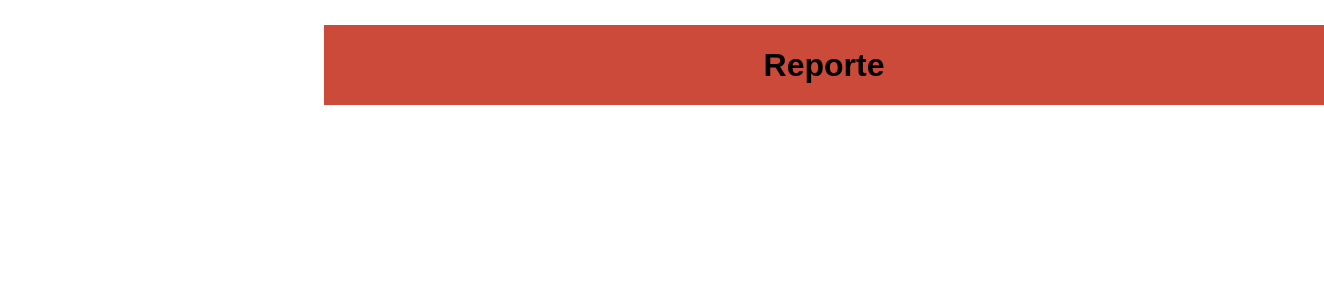
Repository: nathanvdev/LFP_PR_202001568
Page: plantilla.html
The author's editor kept a copy of each file at every save. The page is drawn from the files as they stood at one save, then again after the next save.
The browser window is 1280 px wide. The page is 1324 px wide, so the pictures cover 1324 px, including what lies to the right of the window. The pictures show the whole page.

Above is the page before, as saved 2022-02-19 18:43:07.

### plantilla.html

<!DOCTYPE html>
<html lang="en">
<head>
    <meta charset="UTF-8">
    <meta http-equiv="X-UA-Compatible" content="IE=edge">
    <meta name="viewport" content="width=device-width, initial-scale=1.0">
    <title>Document</title>
</head>
<style>
    body{
        font-family: sans-serif;
    }
    .contenedor{
        background-color: rgb(204, 74, 57);
        height: 80px;
        width: 1000px;
        margin: 2%;
        margin-left: 25%;


        display: flex;
        justify-content: center;
    }
</style>
<body>
    <div class="contenedor">
        <h1>Reporte</h1>
    </div>
</body>
</html>

After the next save:
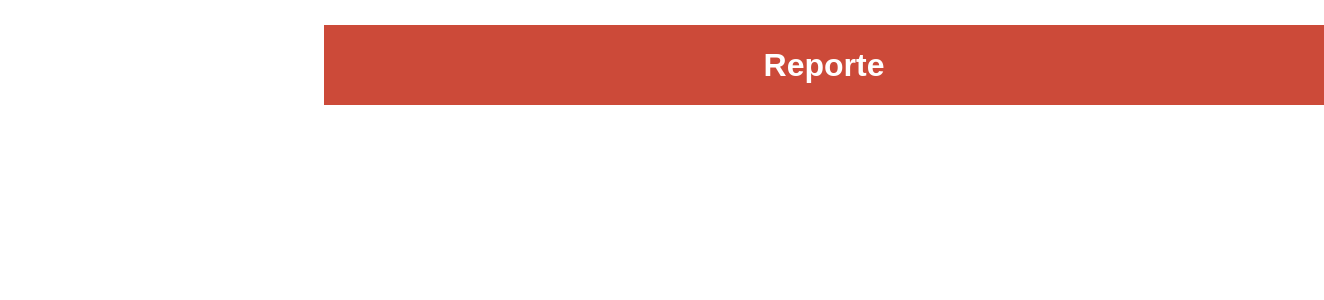
Saved 19 s later.
--- a/plantilla.html
+++ b/plantilla.html
@@ -25,7 +25,7 @@
 </style>
 <body>
     <div class="contenedor">
-        <h1>Reporte</h1>
+        <h1 style="color: white;">Reporte</h1>
     </div>
 </body>
 </html>
